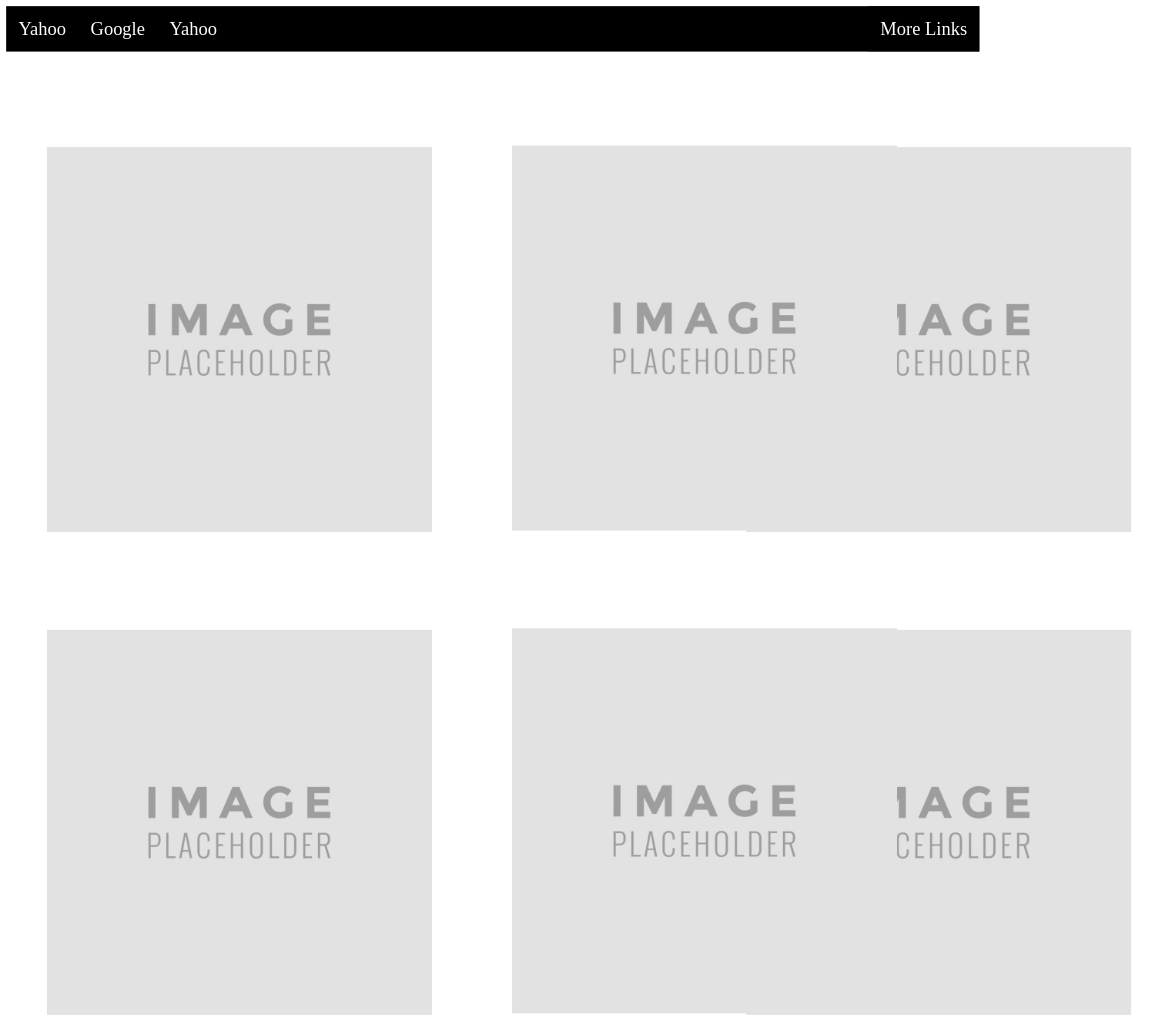
Repository: br4y/br4y.github.io
Page: index.html
The author's editor kept a record of every edit. The page is drawn from the files as they stood at one moment, then again after the next edit.
The browser window is 1280 px wide. The page is 1522 px wide, so the pictures cover 1522 px, including what lies to the right of the window. The pictures show the whole page, at 77% of full size.

Above is the page before.

After the next edit:
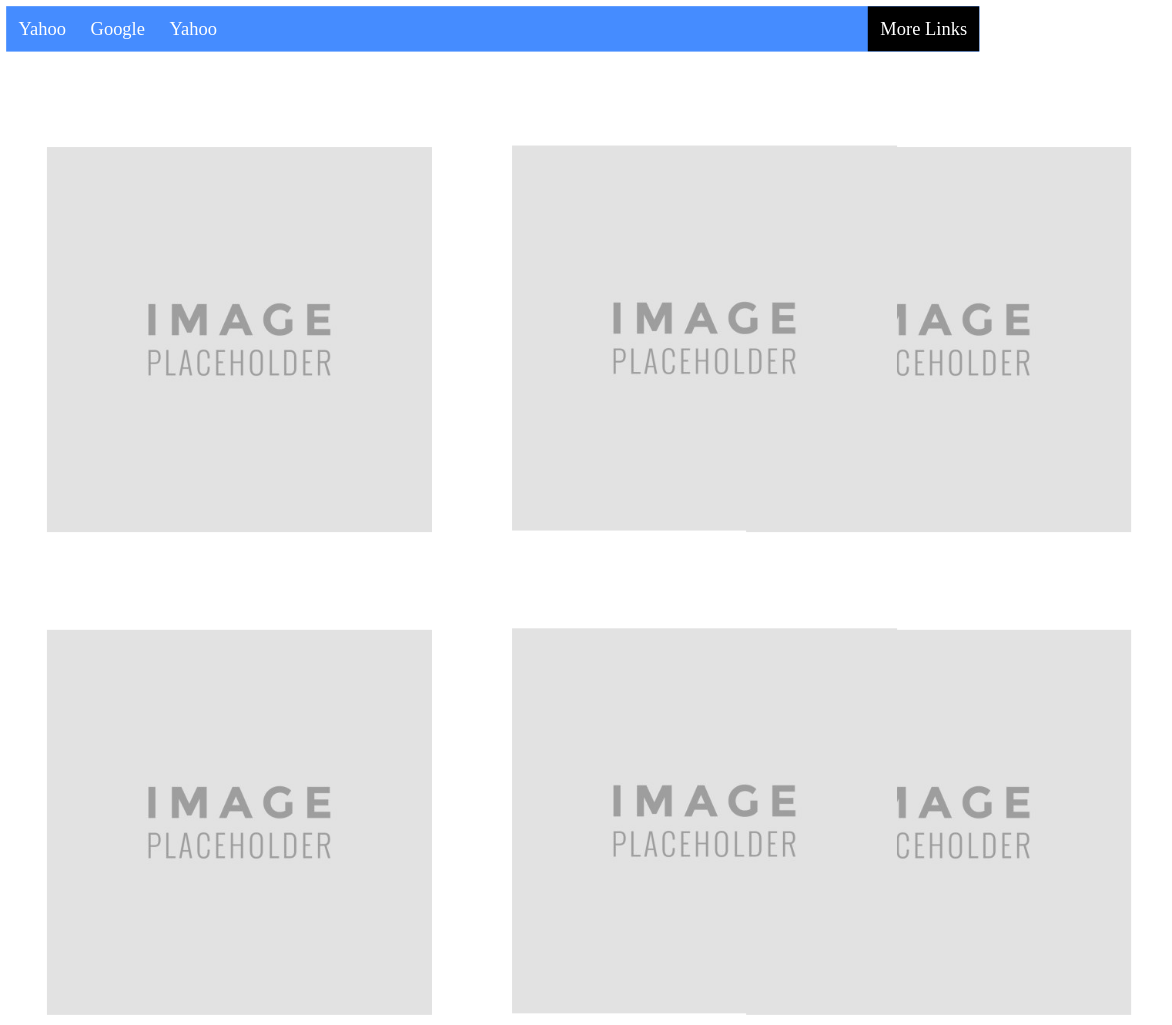
The edit:
--- a/StyleSheet.css
+++ b/StyleSheet.css
@@ -52,7 +52,7 @@
     /*    font-family:"Arial Black", Gadget, sans-serif;*/
     /*}*/
        .navbar{
-        background-color: black;
+        background-color: #458cff;
         overflow: hidden;
       }
 
